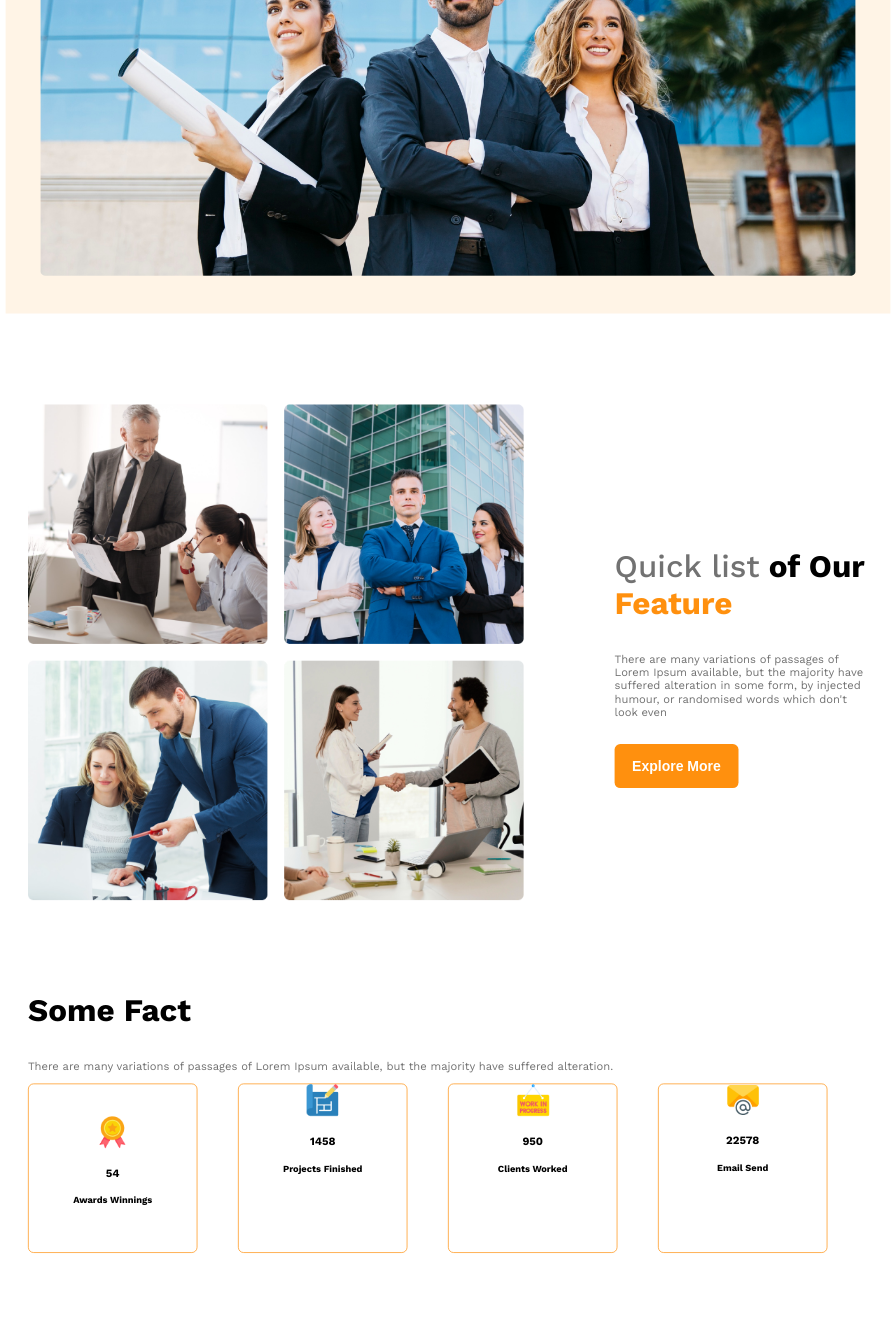
Repository: dollyrakhe22/g3-architects-website
Page: index.html
The author's editor kept a copy of each file at every save. The page is drawn from the files as they stood at one save, then again after the next save.
The browser window is 1280 px wide. The pictures show the part of the page from y = 767 to 2687 px (the page is 2687 px tall), at 70% of full size.

Above is the page before, as saved 2025-07-20 23:59:38.

After the next save:
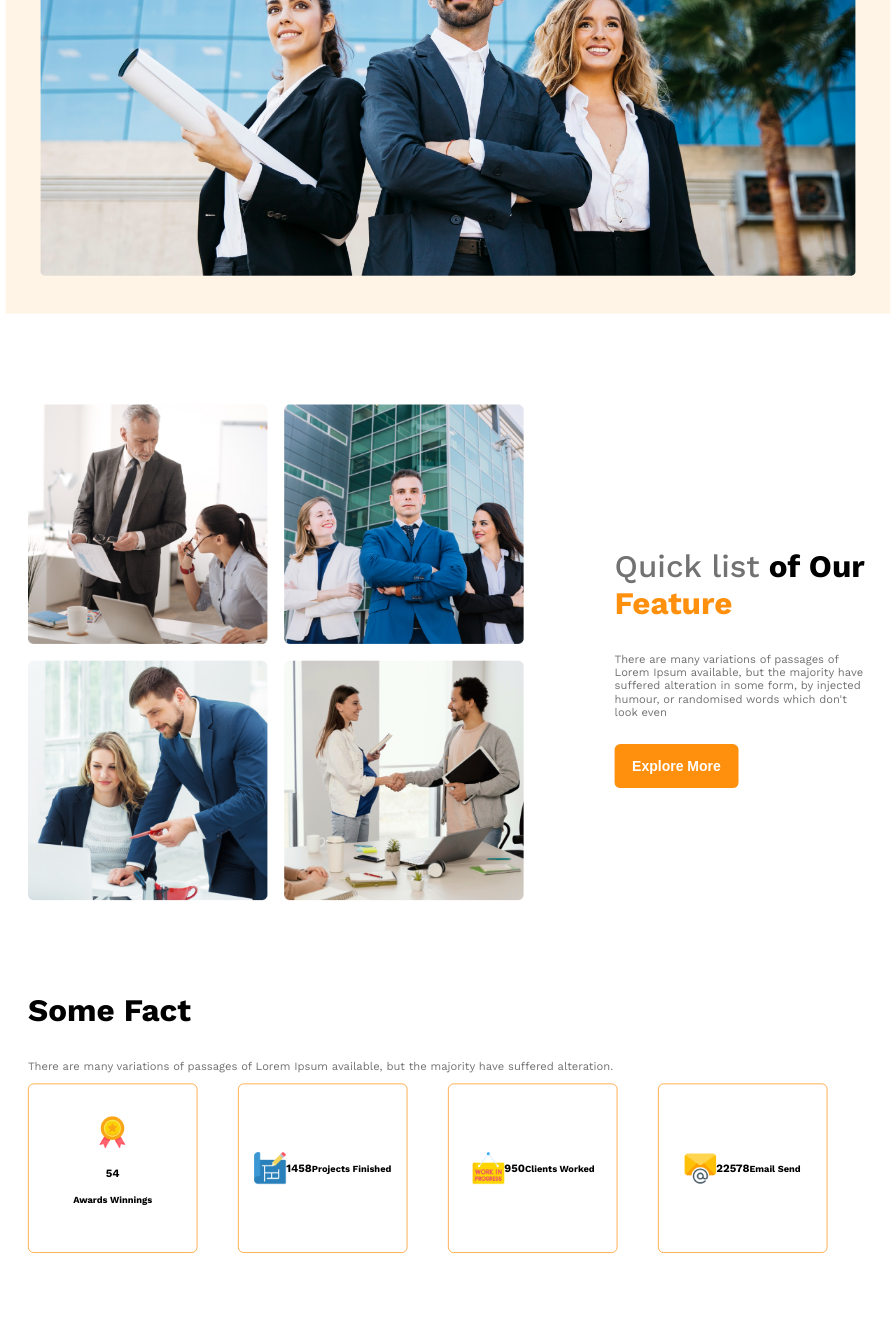
Saved 43 s later.
--- a/index.html
+++ b/index.html
@@ -58,17 +58,17 @@
                 <h5 class="fact-name">Awards Winnings</h5>
                </div>
               </div>
-              <div class="fact-card">
+              <div class="fact-card display-flex">
                 <img src="images/icons/projects.png" alt="" class="fact-icon">
                 <h4 class="fact-number">1458</h4>
                 <h5 class="fact-name">Projects Finished</h5>
               </div>
-              <div class="fact-card">
+              <div class="fact-card display-flex">
                 <img src="images/icons/customers.png" alt="" class="fact-icon">
                 <h4 class="fact-number">950</h4>
                 <h5 class="fact-name">Clients Worked</h5>
               </div>
-              <div class="fact-card">
+              <div class="fact-card display-flex">
                 <img src="images/icons/email.png" alt="" class="fact-icon">
                 <h4 class="fact-number">22578</h4>
                 <h5 class="fact-name">Email Send</h5>
